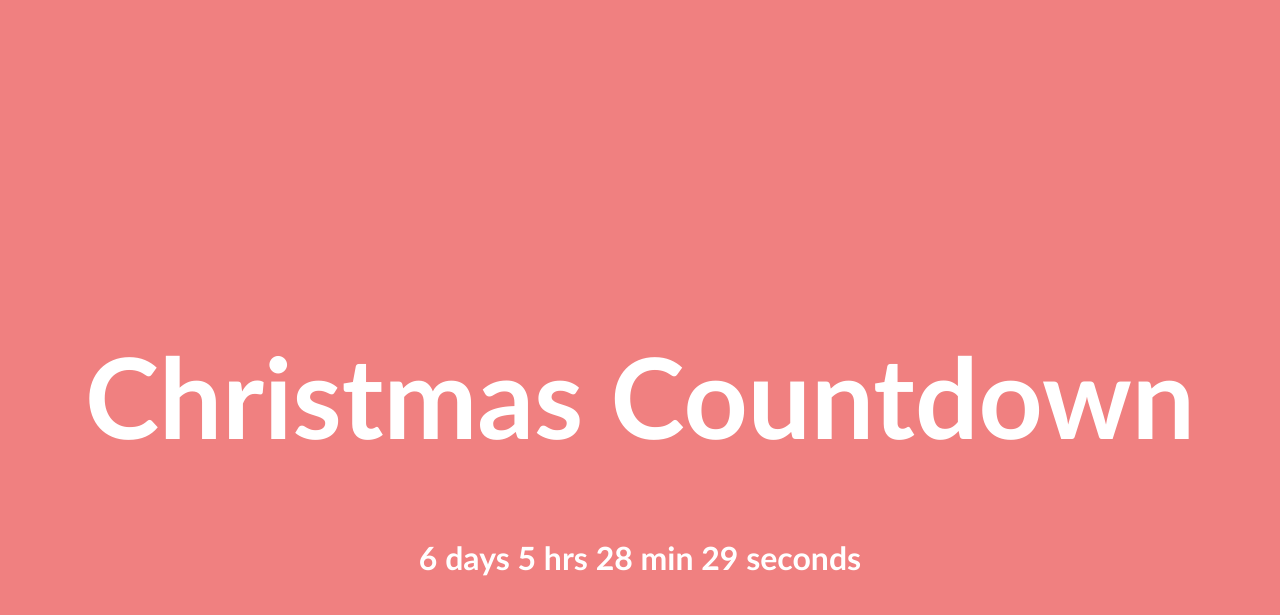
Repository: notMaximilian/countdown-timer
Page: index.html
These files come from the project's save history. The page is drawn as it stood at one moment and after the next save; the edit follows.
The browser window is 1280 px wide. The pictures show the whole page.

Above is the page before, as saved 2021-12-18 18:55:21.

After the next save:
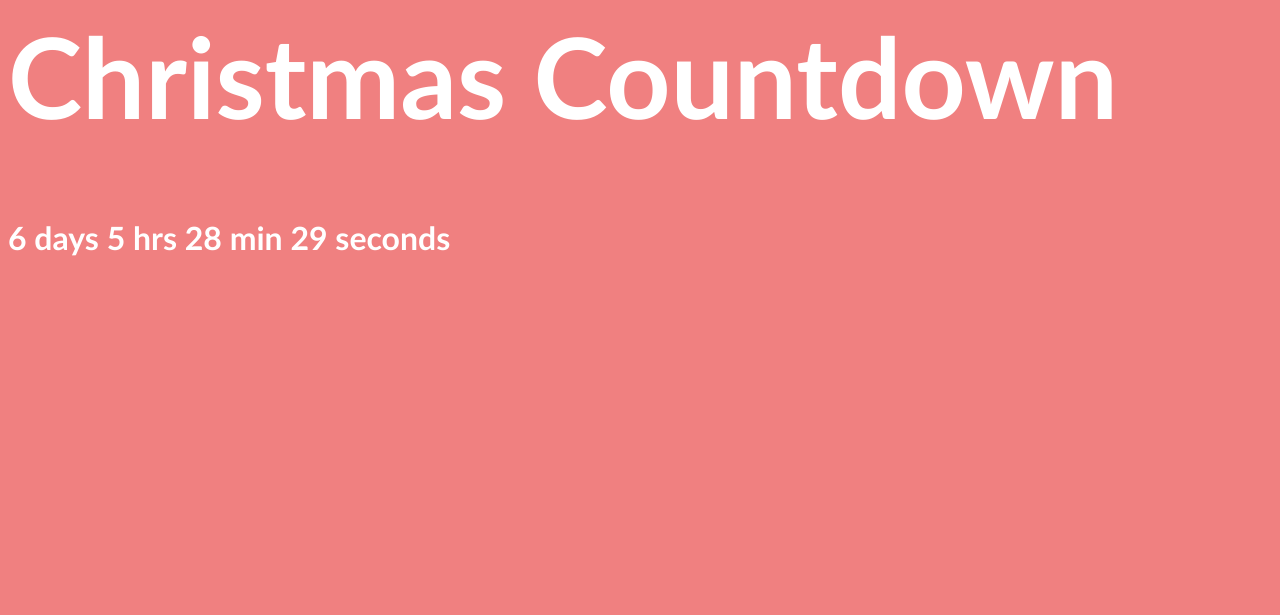
Saved 19 s later.
--- a/styles.css
+++ b/styles.css
@@ -1,8 +1,6 @@
 body{
     background-color: lightcoral;
     color:white;
-    text-align: center;
-    padding-top: 25%;
     font-family: 'Trebuchet MS', 'Lucida Sans Unicode', 'Lucida Grande', 'Lucida Sans', Arial, sans-serif;
 }
 
